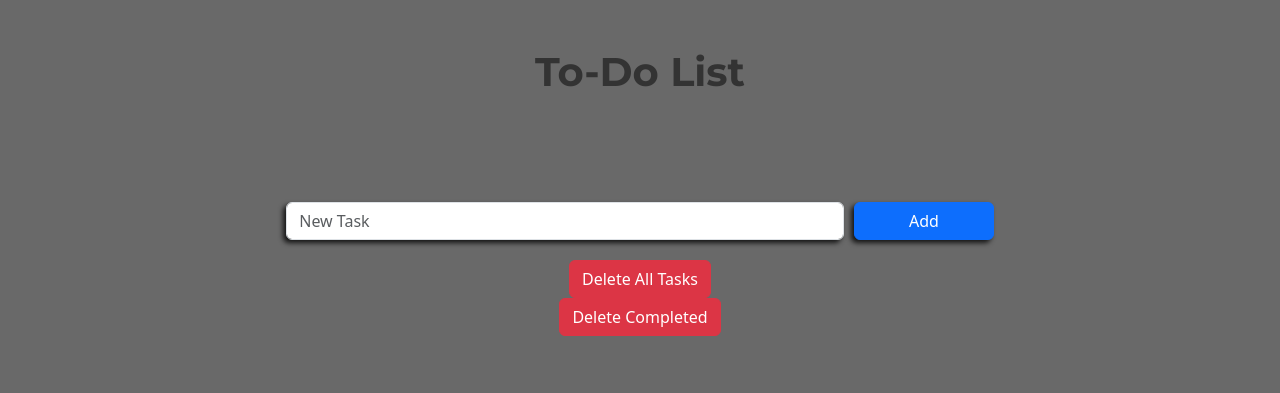
Repository: PituMia/TODO-List
Page: /
These files come from the project's save history. The page is drawn as it stood at one moment and after the next save; the edit follows.
The browser window is 1280 px wide. The pictures show the whole page.
The project was rebuilt for these pictures with package versions that can differ from the ones it lists, and the page was loaded fresh each time. Also part of the build but not shown: vite.config.js, src/assets/css/App.css, src/assets/css/Task.css, src/assets/components/Task.jsx.

Above is the page before, as saved 2025-02-01 15:45:09.

After the next save:
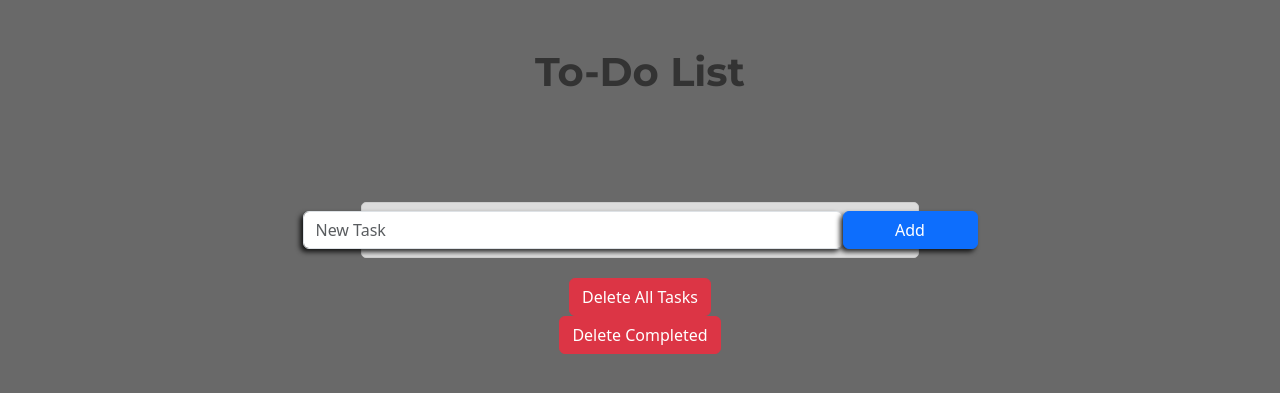
Saved 37 s later.
--- a/src/assets/css/TaskInput.css
+++ b/src/assets/css/TaskInput.css
@@ -1,6 +1,10 @@
 .input {
-    display: flex;
-    gap: 10px;
+    background-color: #dcdcdc; /* Fondo interior del input (donde va el texto) */
+    color: #333333; /* Letra gris oscuro dentro del input */
+    border: 1px solid #cccccc; /* Borde gris claro */
+    padding: 0.5rem;
+    border-radius: 5px;
+    width: 100%;
 
 
 }

After the save that followed:
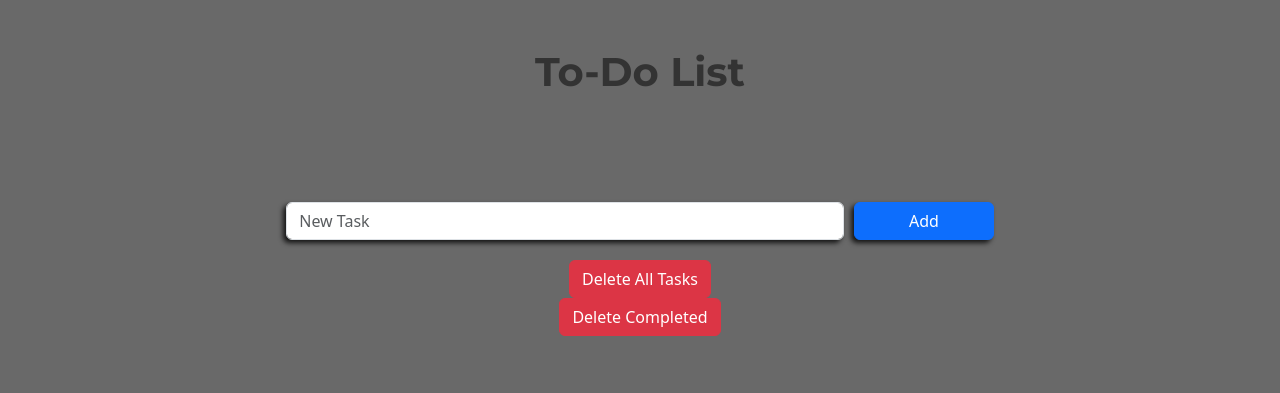
Saved 8 s later.
--- a/src/assets/css/TaskInput.css
+++ b/src/assets/css/TaskInput.css
@@ -1,10 +1,6 @@
 .input {
-    background-color: #dcdcdc; /* Fondo interior del input (donde va el texto) */
-    color: #333333; /* Letra gris oscuro dentro del input */
-    border: 1px solid #cccccc; /* Borde gris claro */
-    padding: 0.5rem;
-    border-radius: 5px;
-    width: 100%;
+    display: flex;
+    gap: 10px;
 
 
 }
